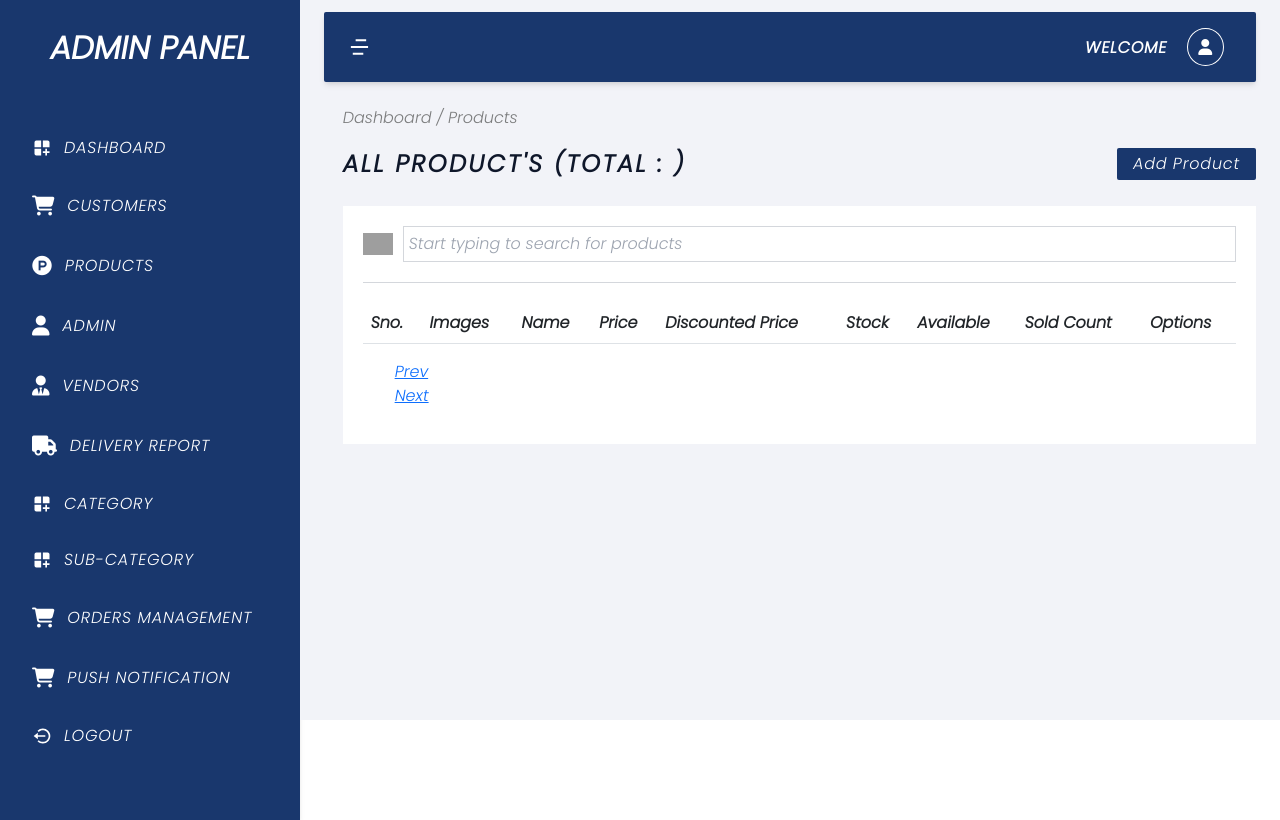
Repository: FlyweisReact/AnilAdminPanel
Page: /E-Commerce/Product
The author's editor kept a copy of each file at every save. The page is drawn from the files as they stood at one save, then again after a run of saves.
The browser window is 1280 px wide. The pictures show the whole page.
Pictures or frames that could not be fetched are drawn as grey boxes. The page's requests for data from a server got no answer. Some web libraries are served in a nearby version. The project was rebuilt for these pictures with package versions that can differ from the ones it lists, and the page was loaded fresh each time. No one was signed in, and anything a server would have sent is missing. Also part of the build but not shown: src/E-CommerceAdmin/forms/Login.jsx, src/E-CommerceAdmin/pages/Dashboard.jsx, src/E-CommerceAdmin/pages/ECategory.js, src/E-CommerceVendor/forms/EVendorLogin.jsx, src/E-CommerceAdmin/pages/EVendorList.js, src/E-CommerceAdmin/pages/EAdminOrders.js, src/E-CommerceAdmin/pages/EAdminProduct.js, src/E-CommerceAdmin/pages/EAdminDelivery.js and 5 more. Imported but missing from the stored project, and not drawn on this page: src/E-CommerceVendor/pages/EVCategory, src/E-CommerceVendor/pages/EVDashboard, src/E-CommerceVendor/pages/EVOrders, src/E-CommerceVendor/pages/EVProduct, src/E-CommerceVendor/pages/EVSubCategory.

Above is the page before, as saved 2023-05-02 16:12:19.

After the next 7 saves:
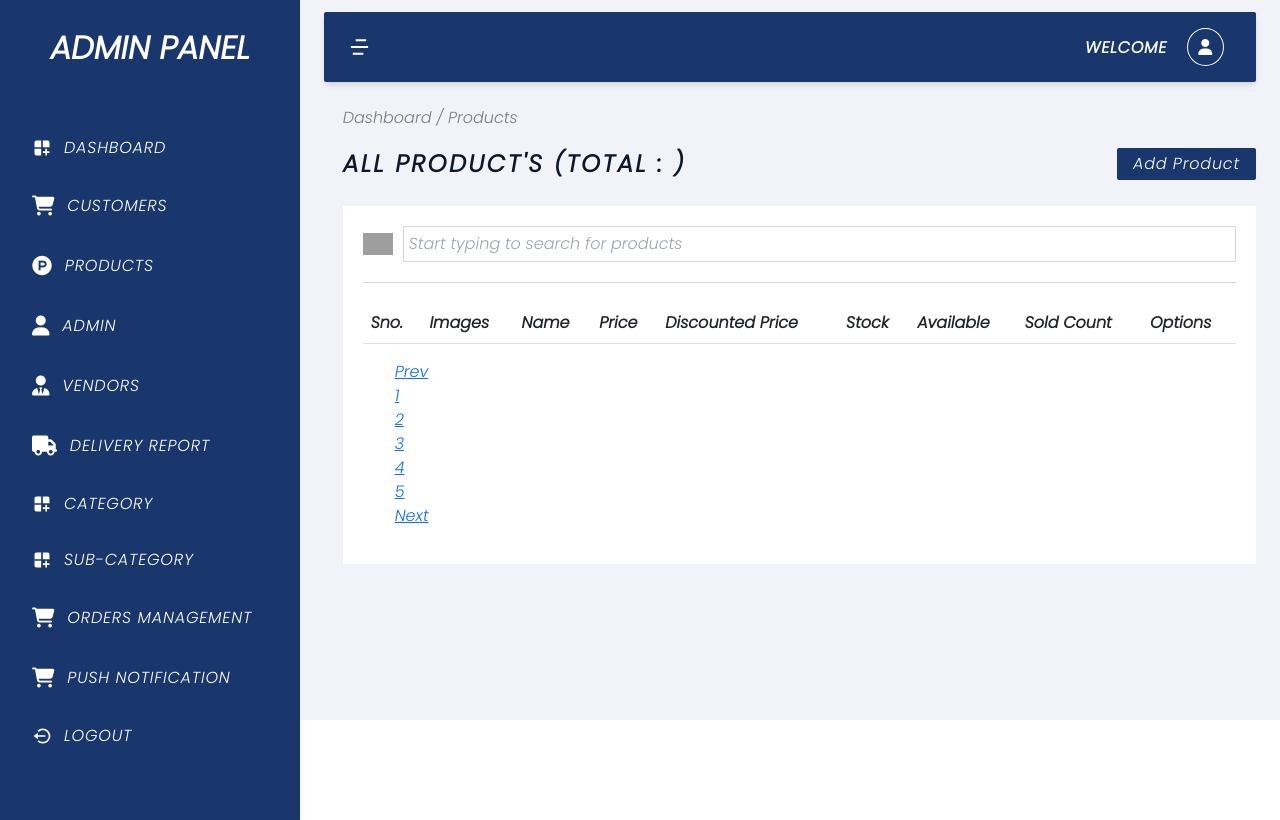
The 7 saves are shown as one change because 2 did not build or start and some came seconds apart.
The last was saved 85 s later.
--- a/src/E-CommerceAdmin/pages/EProduct.js
+++ b/src/E-CommerceAdmin/pages/EProduct.js
@@ -15,16 +15,9 @@ const EProduct = () => {
   const [id, setId] = useState("");
 
   // Pagination
-  const [ currentPage  , setCurrentPage ] = useState(1)
-  const recordsPerPage = 5 ;
-  const lastIndex = currentPage  * recordsPerPage ;
-  const firstIndex = lastIndex - recordsPerPage ;
-  const records = data?.data?.slice(firstIndex , lastIndex)
-  const npage = Math.ceil(data.length / recordsPerPage )
-  const numbers =  [ ...Array(npage + 1 ).keys()]?.slice(1)
-
-
-  console.log(records)
+
+
+
 
 
   const fetchData = async () => {
@@ -41,6 +34,17 @@ const EProduct = () => {
   useEffect(() => {
     fetchData();
   }, []);
+
+  const [ currentPage  , setCurrentPage ] = useState(1)
+  const recordsPerPage = 5 ;
+  const lastIndex = currentPage  * recordsPerPage ;
+  const firstIndex = lastIndex - recordsPerPage ;
+  const records = data?.data?.slice(firstIndex , lastIndex)
+  const npage = Math.ceil(21 / recordsPerPage )
+  const numbers =  [ ...Array(npage + 1 ).keys()]?.slice(1)
+
+
+  console.log(records)
 
 
 
